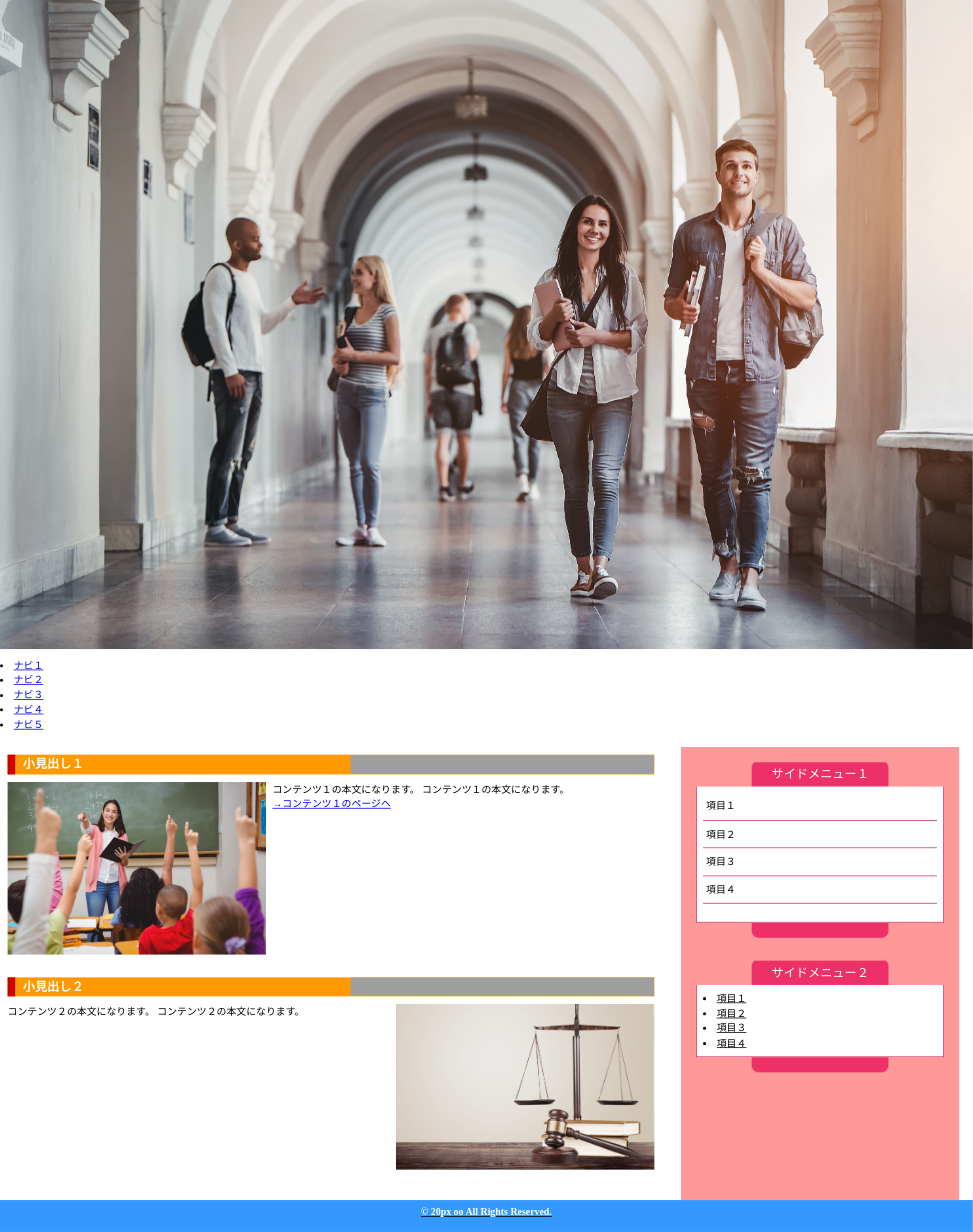
Repository: masami-a/samurai_HTML-CSS
Page: home.html
The author's editor kept a record of every edit. The page is drawn from the files as they stood at one moment, then again after the next edit.
The browser window is 1280 px wide. The pictures show the whole page, at 76% of full size.
Pictures or frames that could not be fetched are drawn as grey boxes.

Above is the page before.

### home.html
<!DOCTYPE html>
<html lang="ja">
<head>
    <meta charset="UTF-8">
    <title>HTMLCSSの学習</title>
    <link rel="stylesheet"href="stylesheet.css">
</head>
<body>
    <div id="header">
        <h1><a href="index.html"><img id="corridor" src="images/corridor.jpg" alt="大学の廊下"/> </a></h1>
    </div>
    <div id="wrapper">
        <div id="nav">
            <u1>
                <li><a href="home.html">ナビ１</a></li>
                <li><a href="#">ナビ２</a></li>
                <li><a href="#">ナビ３</a></li>
                <li><a href="#">ナビ４</a></li>
                <li><a href="#">ナビ５</a></li>
            </u1>
        </div>
         <div id="container">
             <div id="main">
                 <div class="post clearfix">
                     <h2>小見出し１</h2>
                     <img class="left" src="images/classroom.jpg" alt="授業風景"/>
                     <p>
                         コンテンツ１の本文になります。
                         コンテンツ１の本文になります。
                     </p>
                     <p><a href="#">→コンテンツ１のページへ</a></p>
                 </div>
                 <div class="post clearfix">
                     <h2>小見出し２</h2>
                     <img class="right" src="images/scale.jpg" alt="天秤"/>
                     <p>
                         コンテンツ２の本文になります。
                         コンテンツ２の本文になります。
                     </p>
                 </div>
             </div>
             <div id="side">
                 <div class="box">
                     <h2>サイドメニュー１</h2>
                     <div class="boxBody">
                         <ul>
                             <li>項目１</li>
                             <li>項目２</li>
                             <li>項目３</li>
                             <li>項目４</li>
                         </ul>
                     </div>
                 </div>
                 <div class="box">
                     <h2>サイドメニュー２</h2>
                     <div class="boxBody">
                         <u>
                             <li>項目１</li>
                             <li>項目２</li>
                             <li>項目３</li>
                             <li>項目４</li>
                         </u1>
                     </div>
                 </div>
             </div>
         </div>
    </div>
    <div id="footer">
        <p>&copy; 20px oo All Rights Reserved.</p>
    </div>
</body>
</html>

### stylesheet.css
@charset"utf-8";

body{
    margin:0;
    padding:0;
    font-family:"ヒラギノ角ゴ pro W3;","Hiragino kaku Gothic Pro","メイリオ"
    color:#333;
    font-size:13px;
    line-height:150%;
}

/*------------wrapper----------*/
#wrapper{
    width: 100%;
    margin: auto;
    padding:0px;
    border:0px;
    background-color: #FFF;
 top: 10px;
 position: relative;
}

/*----------header---------*/
#header{
    width: 100%;
}
#header h1{
    margin: 0;
    padding: 0;
}

#corridor{
    width: 100%;
    height: auto;
}

/*----------footer--------*/
#footer{
    clear:both;
    width: 100%;
    padding: 3px 0 3px 0;
    background: #39F;
    color: #FFF;
    font-weight: bold;
    text-align: center;
}
/*----------nav----------*/
#nav{
    width: 100%;
}
#nav ul{
    display: flex;
    margin: 0;
    padding: 0;
    list-style-type: none;
}
#nav ul li{
    width: 20%;
    text-align: center;
}
#nav ul li a{
    display: block;
    height: 20px;
    margin: 0;
    padding: 10px;
    color: #FFF;
    font-size: 20px;
    text-decoration: none;
    background-color: green;
    border-left: 1px solid white;
}

#nav ul li a:hover{
    filter:drop-shadow(10px 10px 10px black);
}

/*----------container----------*/
#container{
    width: 100%;
    margin: auto;
    padding: auto;
    padding-top: 20px;
    clear: both;
    display:grid;
    grid-template-columns:70vw 30vw;
}
/*----------main----------*/
#main{
    width: 95%;
    padding: 10px 30px 10px 10px;
}
#main h2{
    margin: 0 0 10px 0;
    padding: 3px 10px 3px 10px;
    color: #FFF;
    font-size: 16px;
    border-left:solid 10px #C00;
    background:#F90 url(../images/main_h2.jpg)right top repeat-y;
}
#main p{
    margin: 0;
    padding: 0;
}
#main .post{
    margin: 0 0 30px 0;
}

#main .post img.right{
    margin: 0 0 0 8px;
}
#main .post img.left{
    margin: 0 8px 0 0;
}

.right{
    float: right;
    width: 40%;
    height: auto;
}
.left{
    float: left;
    width: 40%;
    height: auto;
}

/*----------clearfix----------*/
.clearfix{
    zoom: 1;
}
.clearfix:after{
    content: "";
    display: block;
    clear: both;
}

/*----------side----------*/
#side{
    width: 85%;
    padding: 20px;
    background-color: #F99;
}
#side .box{
    margin: 0 auto 30px auto;
    padding: 0 0 20px 0;
    background: url(images/side_box.png)bottom no-repeat;
}
#side .box h2{
    margin: 0;
    padding: 8px;
    text-align: center;
    color: #fff;
    font-size: 16px;
    line-height: 16px;
    font-weight: normal;
    background: url(images/side_box_h2.png)center no-repeat;
}
#side .box .boxBody {
 	 padding: 8px;
 	 border-right: solid 1px #C36;
 	 border-bottom: solid 1px #C36;
 	 border-left: solid 1px #C36;
 	 background: #fff;
 }
 #side .box .boxBody ul {
 	 margin: 0 0 16px 0;
 	 padding: 0;
 }
 #side .box .boxBody ul li {
 	 padding: 8px 0 8px 4px;
 	 list-style: none;
 	 border-bottom: solid 1px #C36;
 }

 #side .box .boxBody ul li:hover{
     padding: 8px 0 8px 4px;
     list-style: none;
     border-bottom: solid 1px #C36;
     box-shadow: 0px 4px 4px rgba(0,0,0,0.3);
 }

After the next edit:
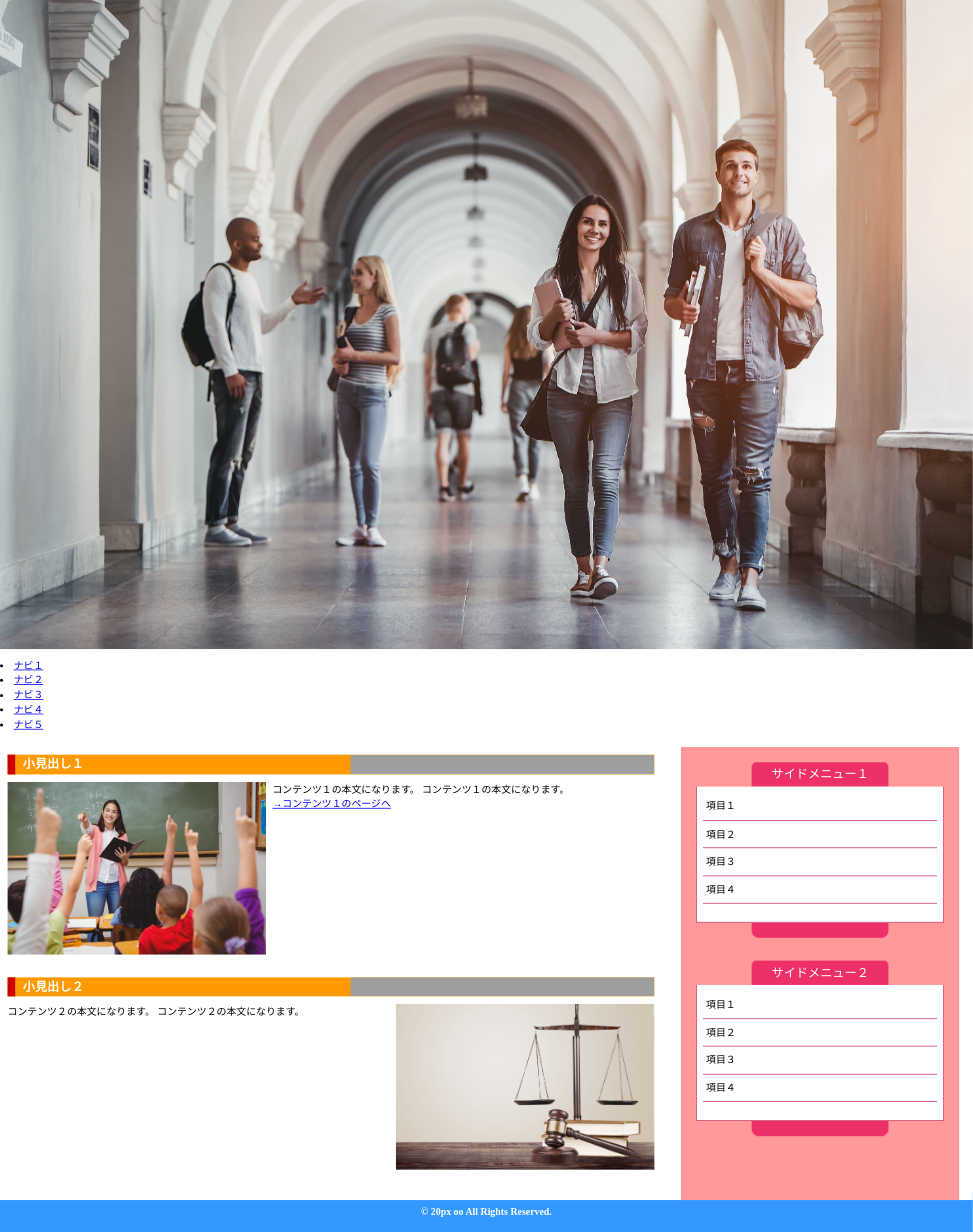
The edit:
--- a/home.html
+++ b/home.html
@@ -54,7 +54,7 @@
                  <div class="box">
                      <h2>サイドメニュー２</h2>
                      <div class="boxBody">
-                         <u>
+                         <ul>
                              <li>項目１</li>
                              <li>項目２</li>
                              <li>項目３</li>
